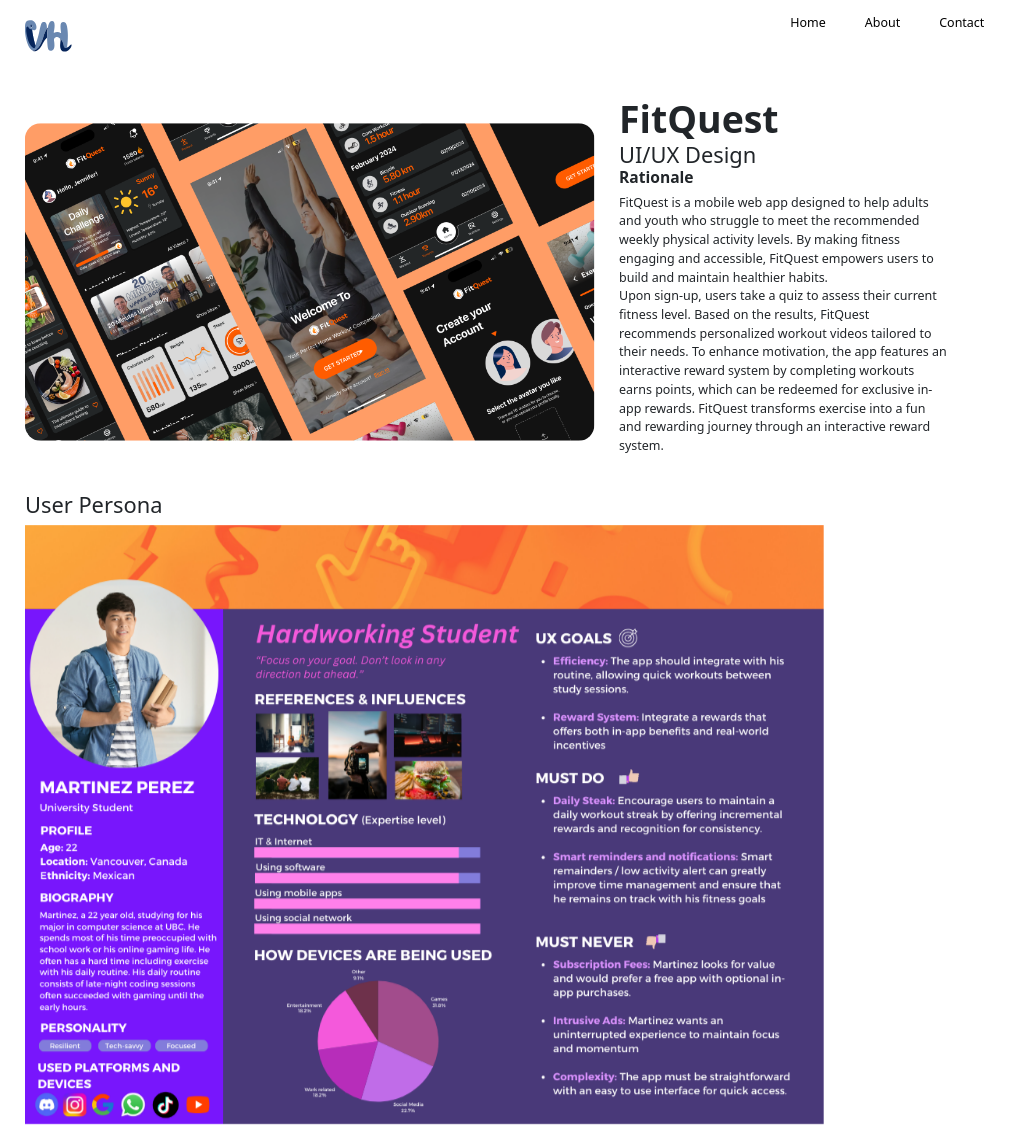
Repository: Vanessahyc/vanessa-portfolio
Page: /fitquest
The author's editor kept a copy of each file at every save. The page is drawn from the files as they stood at one save, then again after the next save.
The browser window is 1280 px wide. The page is 1312 px wide, so the pictures cover 1312 px, including what lies to the right of the window. The pictures show the whole page, at 78% of full size.
The project was rebuilt for these pictures with package versions that can differ from the ones it lists, and the page was loaded fresh each time. The framework's server and built-in components were replaced by stand-ins that run in the browser. Also part of the build but not shown: next.config.mjs.

Above is the page before, as saved 2025-02-07 17:32:29.

After the next save:
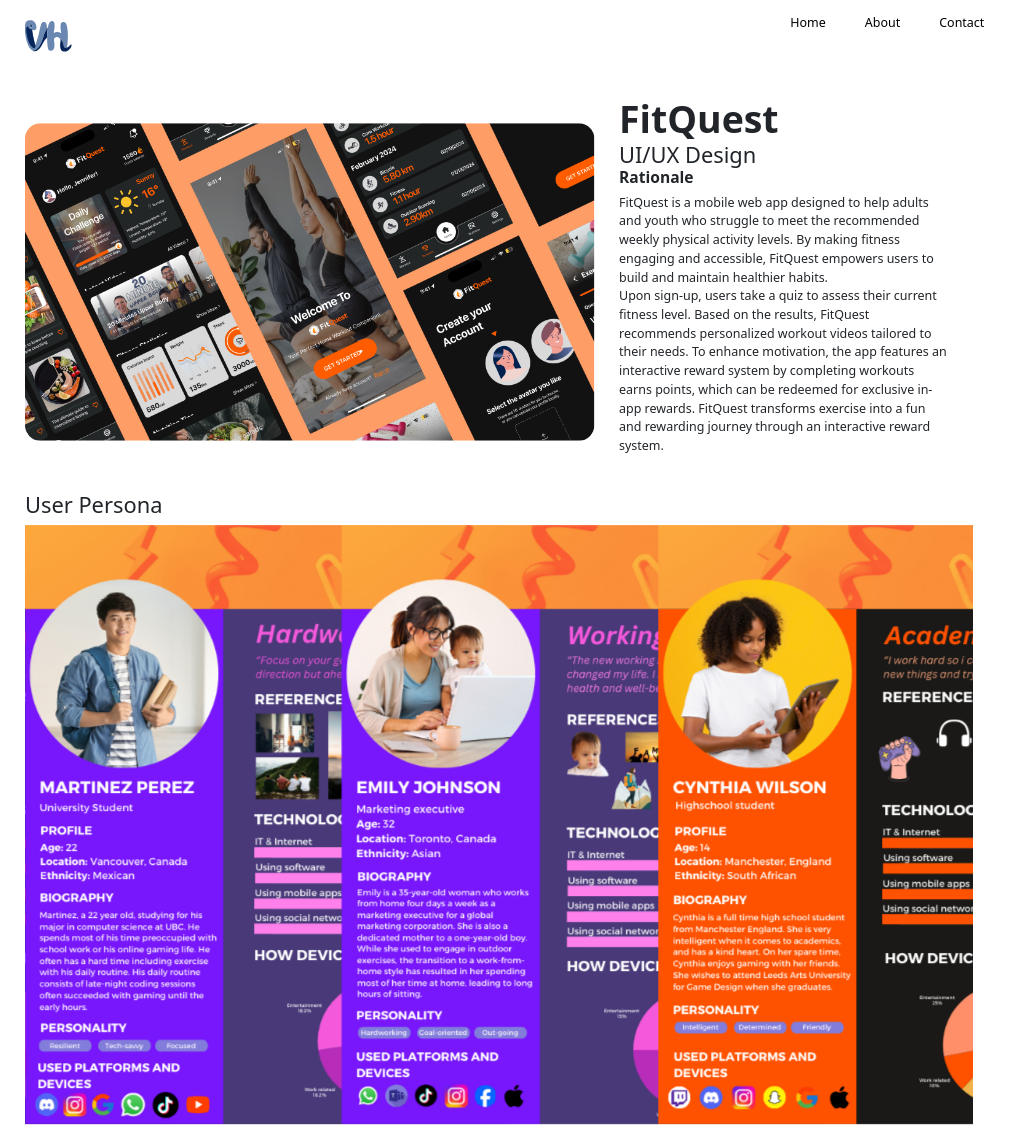
Saved 3 min 6 s later.
--- a/src/app/fitquest/page.js
+++ b/src/app/fitquest/page.js
@@ -9,7 +9,7 @@
 
 export default function Fitquest() {
     const Slider = dynamic(() => import('react-slick'), {ssr: false});
-    const settings = {dots: true, infinite: true, speed: 500, slidesToShow: 1, slidesToScroll: 1, autoplay: true, autoplaySpeed: 3000};
+    const settings = {dots: true, infinite: true, speed: 500, slidesToShow: 3, slidesToScroll: 1, autoplay: true, autoplaySpeed: 3000};
     const images = ['/images/2.png', '/images/3.png', '/images/4.png']
 
 
